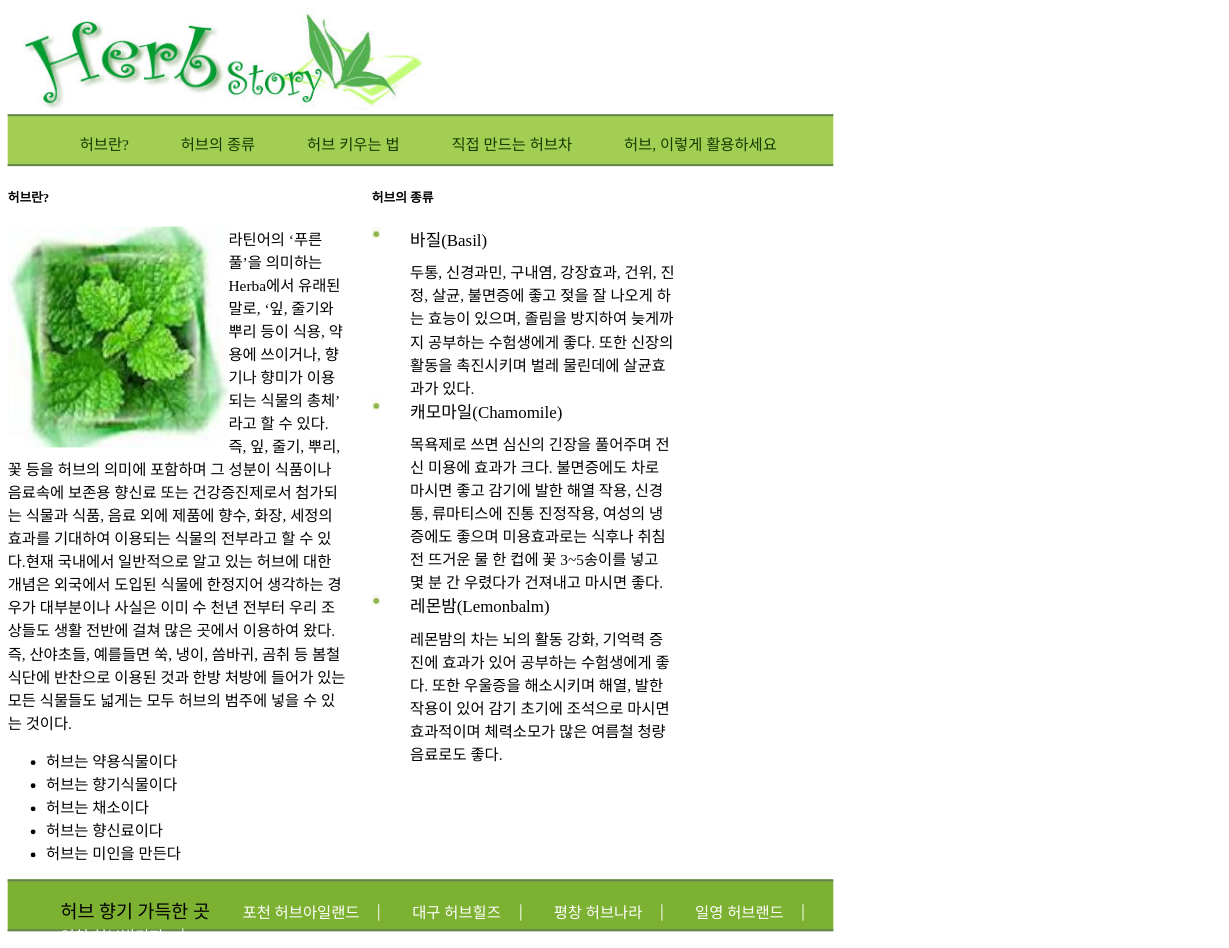
Repository: gus-123/Edu_KCC_HTML
Page: CSS/WebContent/layout.htm
These files come from the project's save history. The page is drawn as it stood at one moment and after the next save; the edit follows.
The browser window is 1280 px wide. The pictures show the whole page, at 96% of full size.

Above is the page before, as saved 2024-07-09 08:48:08.

After the next save:
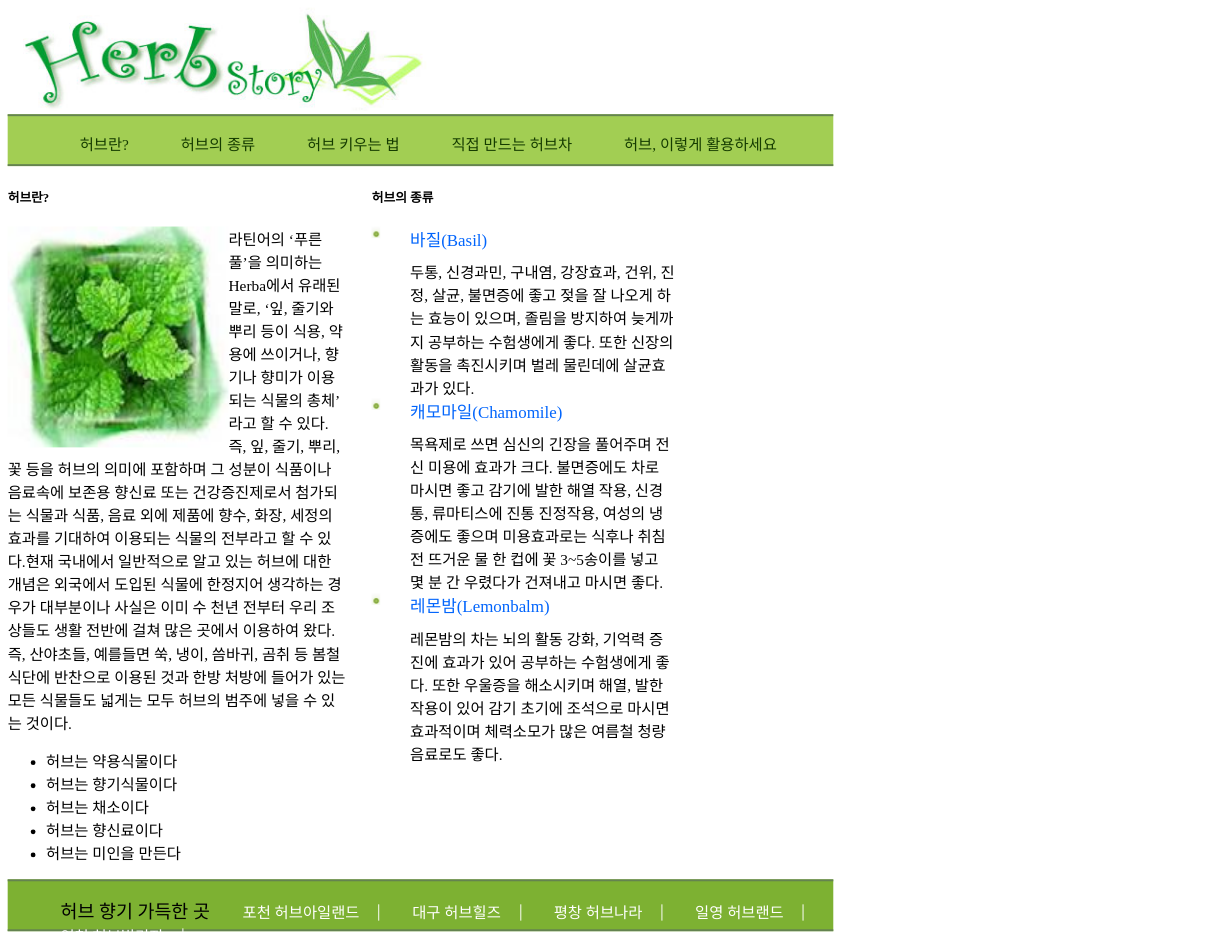
Saved 21 s later.
--- a/CSS/WebContent/layout.htm
+++ b/CSS/WebContent/layout.htm
@@ -53,7 +53,8 @@
 }
 
 #content2 dt {
-	font: bold black;
+	font: bold;
+	color : #0265fc;
 	font-size: 110%;
 	background: url("images/li.gif") no-repeat 0 0;
 	padding-left: 40px;

After the save that followed:
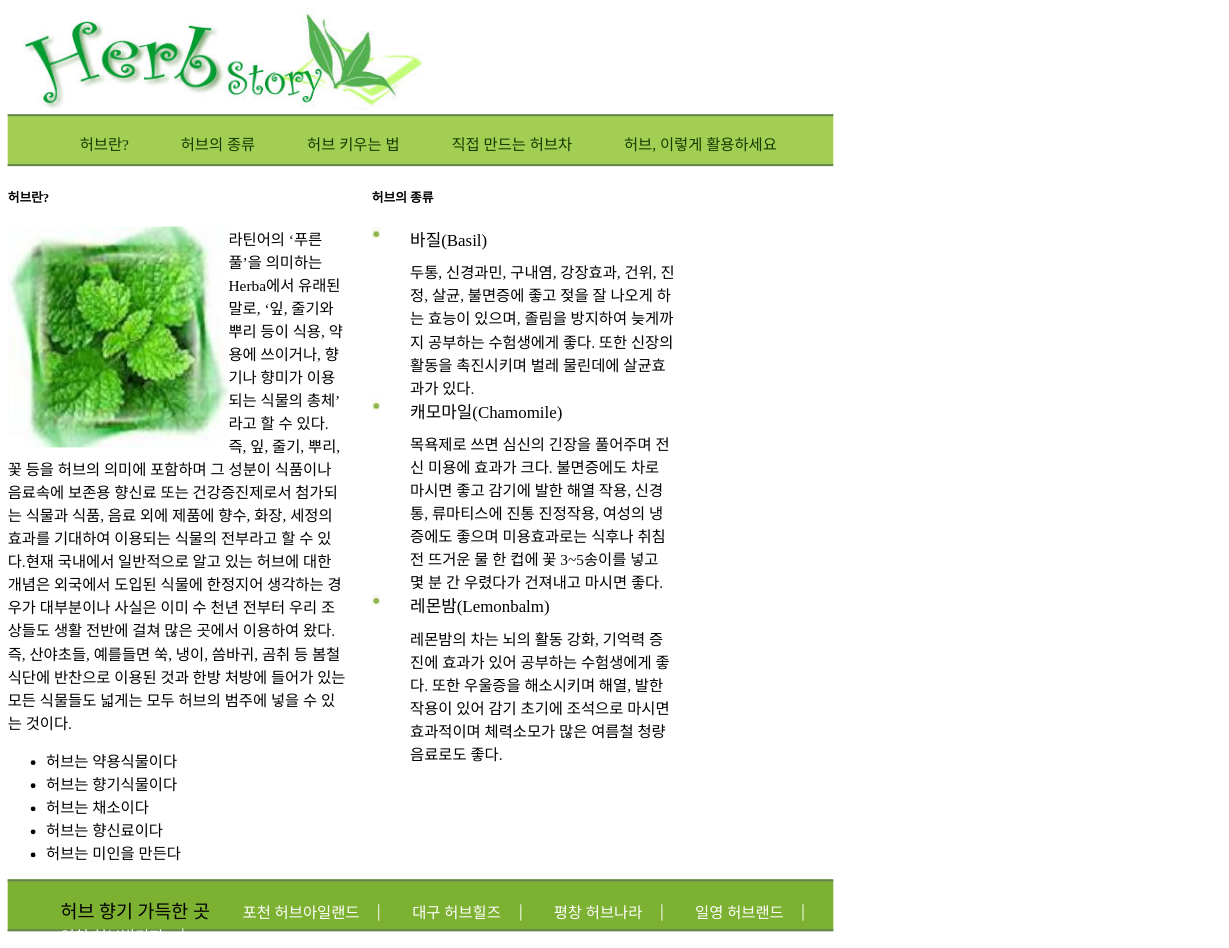
Saved 3 min 40 s later.
--- a/CSS/WebContent/layout.htm
+++ b/CSS/WebContent/layout.htm
@@ -53,8 +53,7 @@
 }
 
 #content2 dt {
-	font: bold;
-	color : #0265fc;
+	font: bold black;
 	font-size: 110%;
 	background: url("images/li.gif") no-repeat 0 0;
 	padding-left: 40px;
